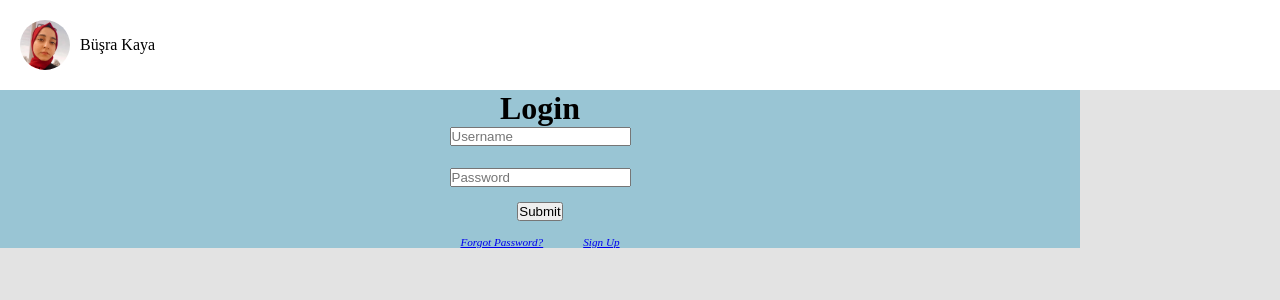
Repository: busra-kayaa/LoginPage
Page: login.html
The author's editor kept a copy of each file at every save. The page is drawn from the files as they stood at one save, then again after the next save.
The browser window is 1280 px wide. The pictures show the whole page.

Above is the page before, as saved 2023-12-29 14:20:26.

After the next save:
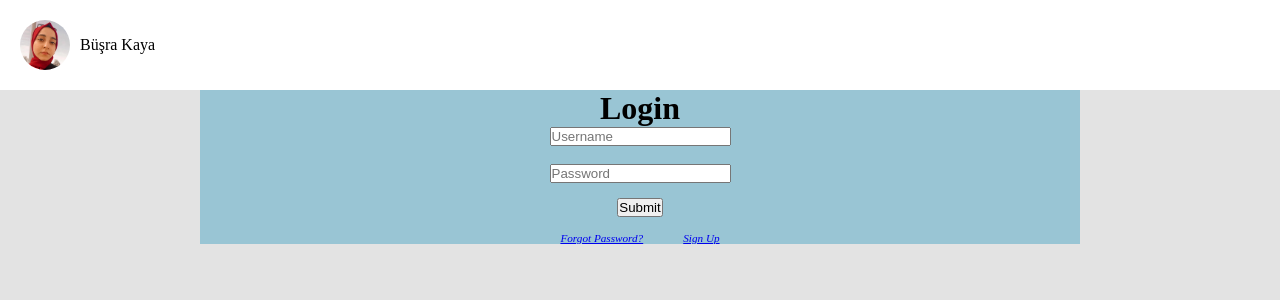
Saved 9 s later.
--- a/style.css
+++ b/style.css
@@ -52,7 +52,7 @@ body {
     text-align: center;
     display: flex;
     margin-right: 200px;
-    margin-left: 200;
+    margin-left: 200px;
 
 }
 
